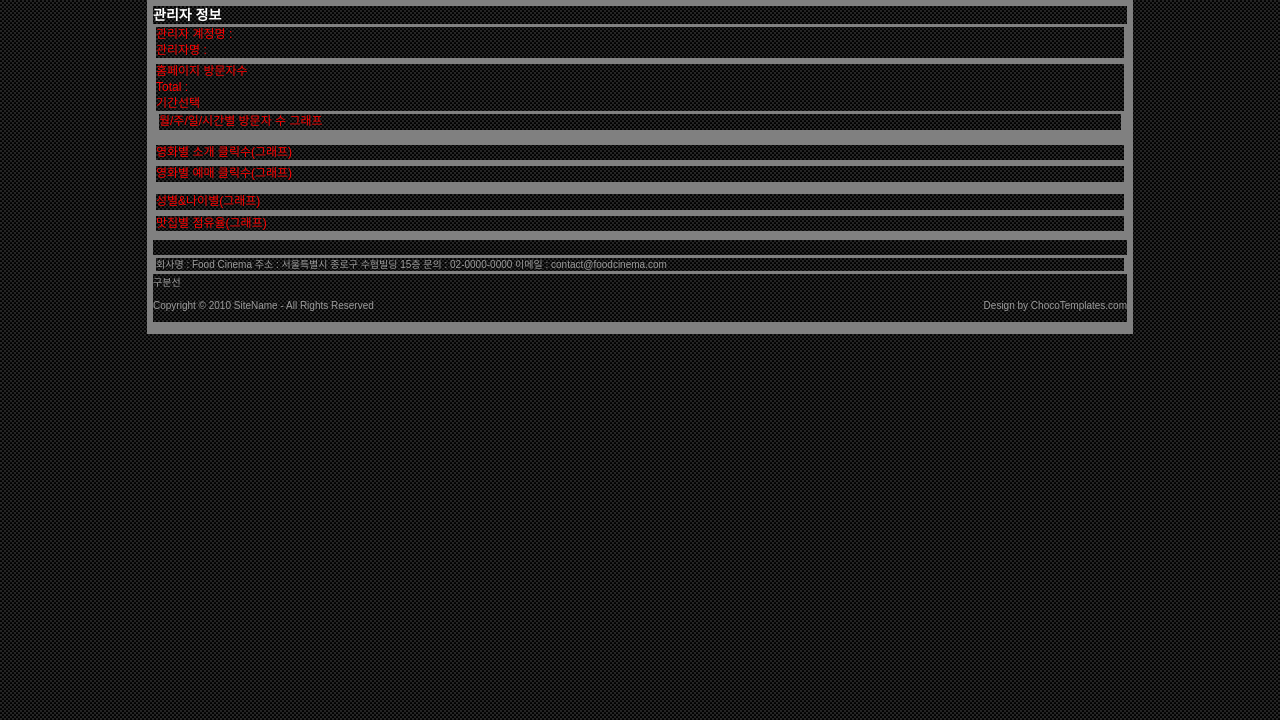
Repository: fhwang2/WEB
Page: http://localhost/FoodCinema/admin.jsp
The author's editor kept a copy of each file at every save. The page is drawn from the files as they stood at one save, then again after the next save.
The browser window is 1280 px wide. The pictures show the whole page.
The page is served by Tomcat 9.

Above is the page before, as saved 2019-07-11 09:22:00.

After the next save:
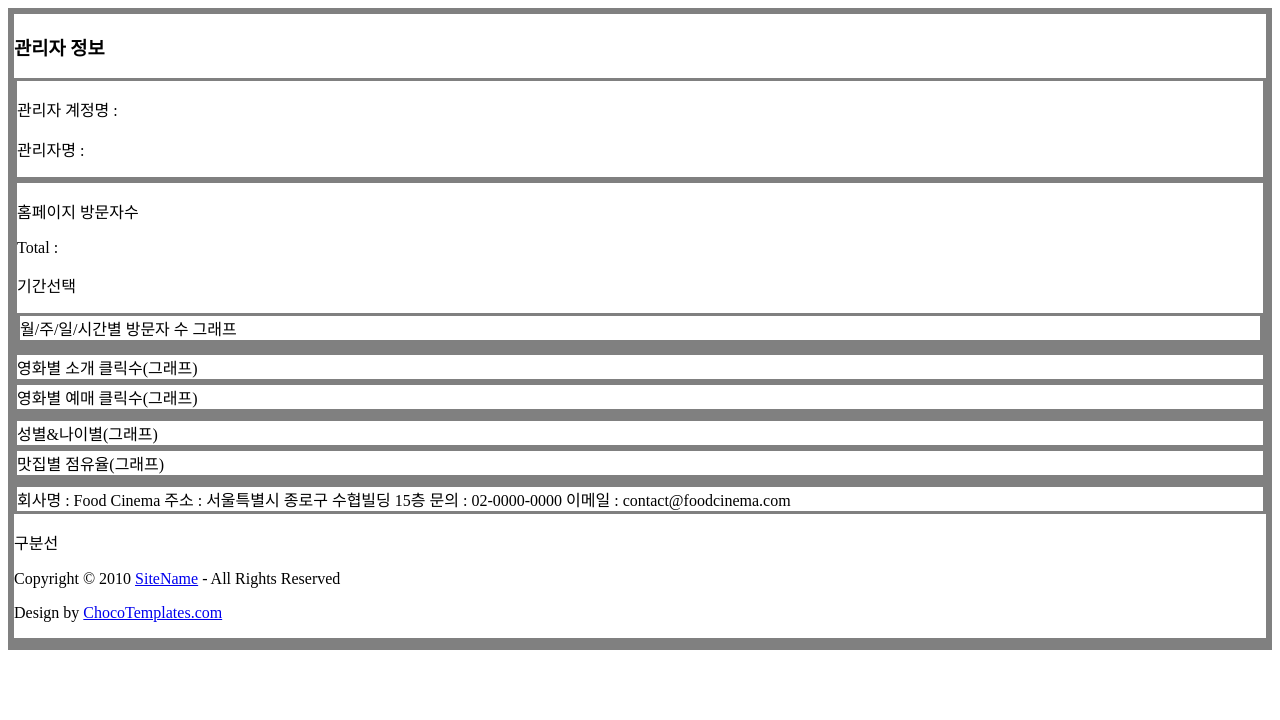
Saved 37 s later.
--- a/FoodCinema/WebContent/admin.jsp
+++ b/FoodCinema/WebContent/admin.jsp
@@ -4,8 +4,6 @@
 <head>
 <title>Food Cinema</title>
 <meta http-equiv="Content-Type" content="text/html; charset=utf-8" />
-
-<link rel="stylesheet" href="css/style.css" type="text/css" media="all" />
 
 <script src="https://ajax.googleapis.com/ajax/libs/jquery/3.4.1/jquery.min.js"></script>
 <script	src="https://maxcdn.bootstrapcdn.com/bootstrap/3.4.0/js/bootstrap.min.js"></script>

After the 2 saves that followed:
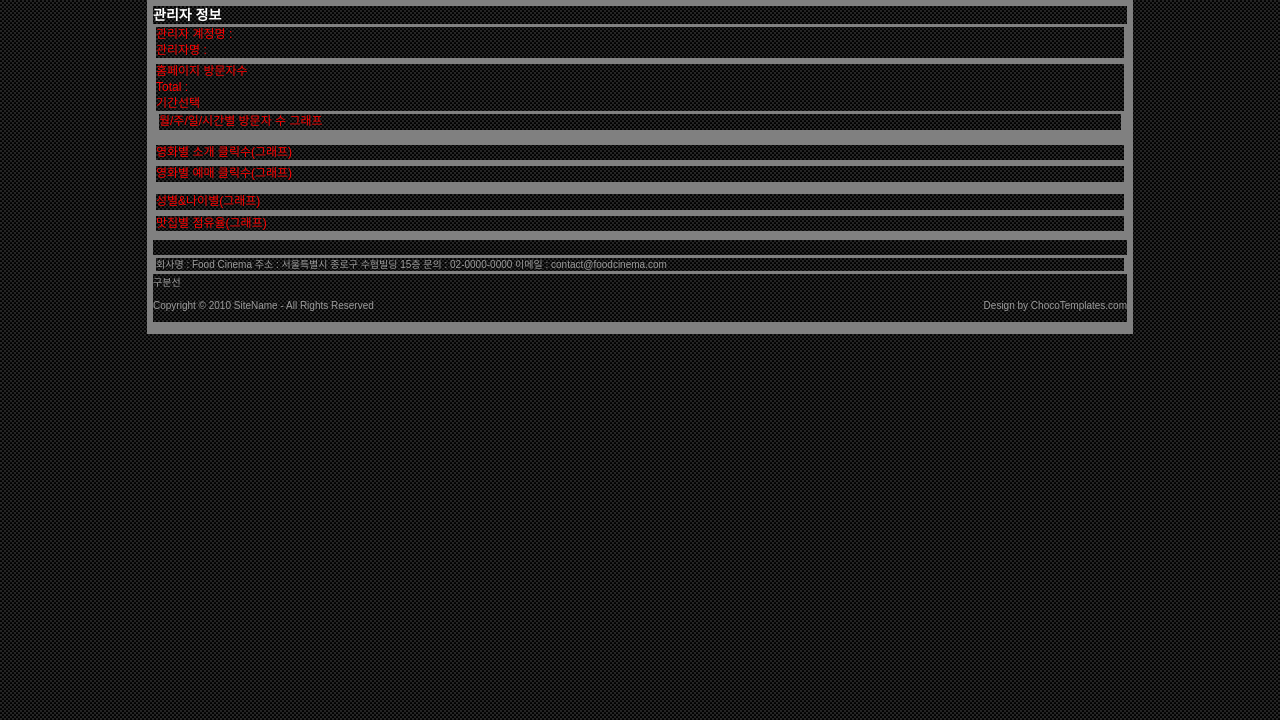
The 2 saves are shown as one change because 1 left the picture as it was.
The last was saved 75 s later.
--- a/FoodCinema/WebContent/admin.jsp
+++ b/FoodCinema/WebContent/admin.jsp
@@ -4,7 +4,7 @@
 <head>
 <title>Food Cinema</title>
 <meta http-equiv="Content-Type" content="text/html; charset=utf-8" />
-
+<link rel="stylesheet" href="css/style.css" type="text/css" media="all" />
 <script src="https://ajax.googleapis.com/ajax/libs/jquery/3.4.1/jquery.min.js"></script>
 <script	src="https://maxcdn.bootstrapcdn.com/bootstrap/3.4.0/js/bootstrap.min.js"></script>
 <script type="text/javascript" src="js/jquery-1.4.2.min.js"></script>
